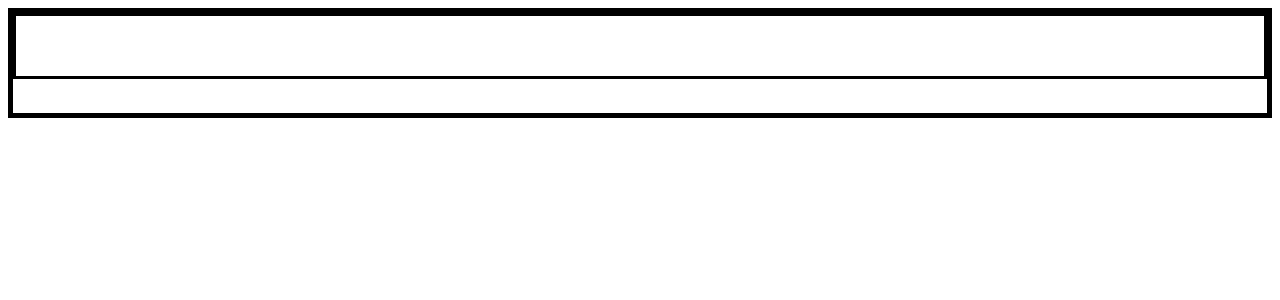
Repository: cartervandekamp/htmlstructure.mdia2003
Page: htmlstructure-psd/index.html
These files come from the project's save history. The page is drawn as it stood at one moment and after the next save; the edit follows.
The browser window is 1280 px wide. The pictures show the whole page.

Above is the page before, as saved 2023-01-16 17:55:40.

### htmlstructure-psd/index.html
<!DOCTYPE html>
<html lang="en">
<head>
    <title>Document</title>
    <link rel="stylesheet" href="style.css">
</head>
<body>
    <div class="toprow">
        <div class="topleft"></div>
        <div class="topmiddle"></div>
        <div class="topright"></div>
    </div>
    <div class="thinbar"></div>
    <div class="secondrow">
        <div class="secondleft"></div>
        <div class="secondmiddle"></div>
        <div class="secondright"></div>
    </div>
    <div class="middlecontent">
        <div class="middleleftone">
            <div class="titletextone"></div>
            <div class="bodytextone"></div>
            <div class="footerone"></div>
        </div>
        <div class="middlelefttwo">
            <div class="titletexttwo"></div>
            <div class="bodytexttwo"></div>
            <div class="footertwo"></div>
        </div>
    </div>
    <div class="middlerightone"></div>
    <div class="middlerighttwo"></div>
    <div class="middlerightthree"></div>
    <div class="middletextfour"></div>
<div class="footer">
    <div class="footertitle"></div>
    <div class="footercontent">
        <div class="footercontentone"></div>
        <div class="footercontenttwo"></div>
        <div class="footercontentthree"></div>
        <div class="footercontentfour"></div>
    </div>
    <div class="footerbottom"></div>
</div>

</body>
</html>

### htmlstructure-psd/style.css
body {
    border-style: solid;
    border-color: black;
    border-width: 2px;
}

.toprow {
    height: 100px;
    border-style: solid;
    border-color: black;
}

.topleft {
    height: 60px;
    border-style: solid;
    border-color: black;
}

After the next save:
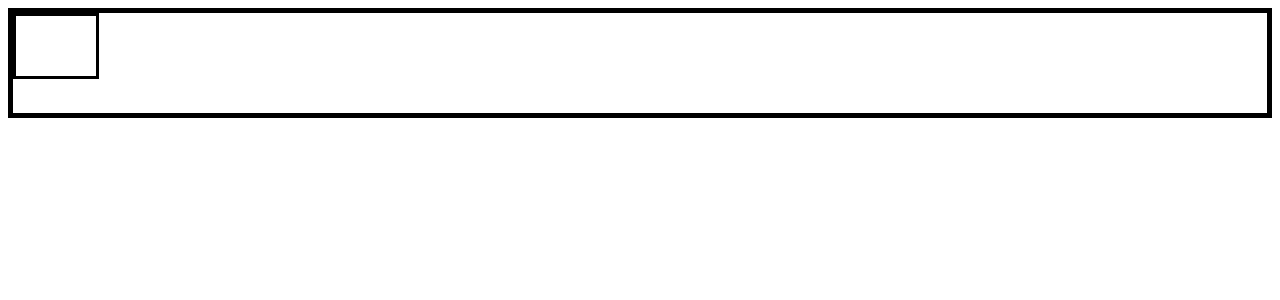
Saved 9 s later.
--- a/htmlstructure-psd/style.css
+++ b/htmlstructure-psd/style.css
@@ -12,6 +12,7 @@ body {
 
 .topleft {
     height: 60px;
+    width: 80px;
     border-style: solid;
     border-color: black;
 }
